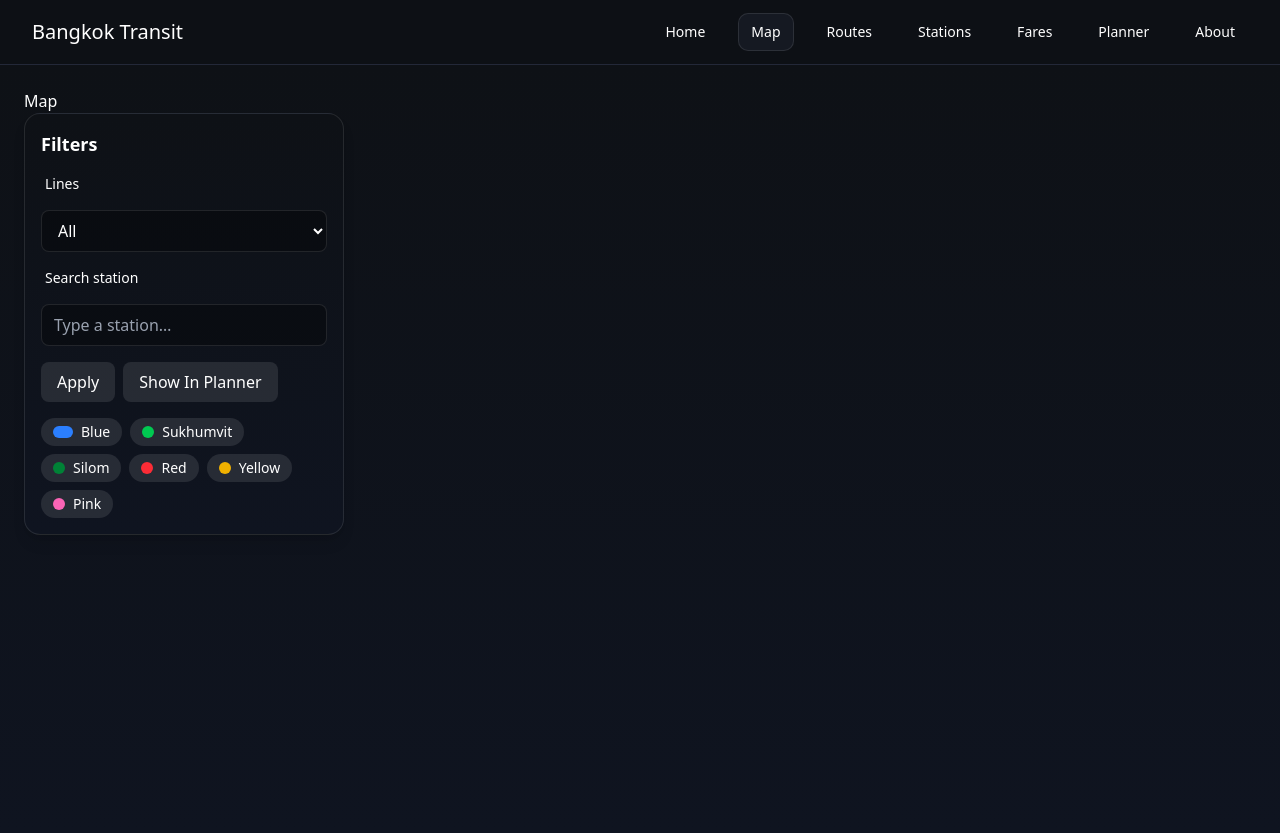
Repository: pyaestk/Bangkok-transit-map
Page: /map
An editor plug-in stored every save of this project. The page is shown before and after the next save, followed by the edit.
The browser window is 1280 px wide. The pictures show the whole page.
The project was rebuilt for these pictures with package versions that can differ from the ones it lists, and the page was loaded fresh each time. Also part of the build but not shown: vite.config.ts, src/pages/Home.tsx, src/pages/Planner.tsx, src/pages/Stations.tsx, src/pages/TrainRoutes.tsx, src/pages/Fares.tsx, src/pages/About.tsx.

Above is the page before, as saved 2025-10-04 10:05:47.

### index.html
<!doctype html>
<html lang="en">
  <head>
    <meta charset="UTF-8" />
    <link rel="icon" type="image/svg+xml" href="/vite.svg" />
    <meta name="viewport" content="width=device-width, initial-scale=1.0" />
    <title>bangkok-transit-map</title>
  </head>
  <body>
    <div id="root"></div>
    <script type="module" src="/src/main.tsx"></script>
  </body>
</html>

### src/main.tsx
import { StrictMode } from 'react'
import { createRoot } from 'react-dom/client'
import './index.css'
import App from './App.tsx'
import { BrowserRouter as Router } from 'react-router'

createRoot(document.getElementById('root')!).render(
  <StrictMode>
    <Router>
      <App />
    </Router>
  </StrictMode>,
)

### src/App.tsx
import "./App.css";
import NavBar from "./component/NavBar";
import { Routes, Route } from "react-router-dom";
import Home from "./pages/Home";
import Map from "./pages/Map";
import Planner from "./pages/Planner";
import Stations from "./pages/Stations";
import TrainRoutes from "./pages/TrainRoutes";
import Fares from "./pages/Fares";
import About from "./pages/About";


function App() {
  return (
    <div className="min-h-screen flex flex-col">
      {/* Navbar at the top */}
      <NavBar />

      {/* Main content area */}
      <main className="flex-1 p-6 bg-[linear-gradient(180deg,rgba(14,17,22,1)_0%,rgba(15,20,32,1)_100%)]">
        <Routes>
          <Route
            path="/"
            element={ <Home/> }
          />
          <Route
            path="/map"
            element={ <Map/> }
          />
          <Route
            path="/planner"
            element={ <Planner/>}
          />
          <Route
            path="/routes"
            element={<TrainRoutes/>}
          />
          <Route
            path="/stations"
            element={<Stations/>}
          />
          <Route
            path="/fares"
            element={<Fares/>}
          />
          <Route
            path="/about"
            element={<About/>}
          />
        </Routes>
      </main>
    </div>
  );
}

export default App;

### src/App.css
@import "tailwindcss";

:root {
  background: linear-gradient(180deg, rgba(14,17,22,1) 0%, rgba(15,20,32,1) 100%);
}

### src/component/NavBar.tsx
import { NavLink } from "react-router-dom";
import { useState } from "react";

function NavBar() {
  const [open, setOpen] = useState(false);

  const baseClasses =
    "px-3 py-2 text-sm border border-transparent block text-center";
  const inactiveClasses = "text-white transition-colors";
  const activeClasses = "bg-[#151922] border rounded-[10px] text-white border-white/10";

  const links = [
    { to: "/", label: "Home" },
    { to: "/map", label: "Map" },
    { to: "/routes", label: "Routes" },
    { to: "/stations", label: "Stations" },
    { to: "/fares", label: "Fares" },
    { to: "/planner", label: "Planner" },
    { to: "/about", label: "About" },
  ];

  return (
    <nav className="sticky top-0 z-50 bg-[#0e1116cc] border-b border-[#232838] backdrop-blur-[5px] backdrop-brightness-[100%] [-webkit-backdrop-filter:blur(5px)_brightness(100%)]">
      <div className="max-w-7xl mx-auto px-4 sm:px-6 lg:px-8">
        <div className="flex items-center justify-between h-16">
          {/* Left side (Logo / Brand) */}
          <div className="flex-shrink-0 text-white text-xl">
            Bangkok Transit
          </div>

          {/* Desktop links */}
          <div className="hidden md:flex space-x-5">
            {links.map((l) => (
              <NavLink
                key={l.to}
                to={l.to}
                className={({ isActive }) =>
                  `${baseClasses} ${isActive ? activeClasses : inactiveClasses}`
                }
              >
                {l.label}
              </NavLink>
            ))}
          </div>

          {/* Mobile hamburger button */}
          <div className="md:hidden">
            <button
              aria-label="Toggle menu"
              onClick={() => setOpen((s) => !s)}
              className="inline-flex items-center justify-center p-2 rounded-md text-white hover:bg-white/5 focus:outline-none focus:ring-2 focus:ring-white"
            >
              <span className="sr-only">Open main menu</span>
              {/* Hamburger / X icon */}
              <svg
                className={`h-6 w-6 ${open ? "hidden" : "block"}`}
                xmlns="http://www.w3.org/2000/svg"
                fill="none"
                viewBox="0 0 24 24"
                strokeWidth={2}
                stroke="currentColor"
                aria-hidden="true"
              >
                <path
                  strokeLinecap="round"
                  strokeLinejoin="round"
                  d="M3 6h18M3 12h18M3 18h18"
                />
              </svg>
              <svg
                className={`h-6 w-6 ${open ? "block" : "hidden"}`}
                xmlns="http://www.w3.org/2000/svg"
                fill="none"
                viewBox="0 0 24 24"
                strokeWidth={2}
                stroke="currentColor"
                aria-hidden="true"
              >
                <path
                  strokeLinecap="round"
                  strokeLinejoin="round"
                  d="M6 18L18 6M6 6l12 12"
                />
              </svg>
            </button>
          </div>
        </div>
      </div>

      {/* Mobile menu, shown when open is true */}
      <div className={`md:hidden ${open ? "block" : "hidden"} `}>
        <div className="px-2 pt-2 pb-3 space-y-1">
          {links.map((l) => (
            <NavLink
              key={l.to}
              to={l.to}
              onClick={() => setOpen(false)}
              className={({ isActive }) =>
                `${baseClasses} ${isActive ? activeClasses : inactiveClasses}`
              }
            >
              {l.label}
            </NavLink>
          ))}
        </div>
      </div>
    </nav>
  );
}

export default NavBar;

### src/pages/Map.tsx
import FiltersCard from "../component/FiltersCard";

export default function Map() {
  return (
    <div className="min-h-screen">
      <h1 className="text-white">Map</h1>
      <FiltersCard/>
    </div>
  )
}

### src/component/FiltersCard.tsx
export default function FiltersCard() {
  return (
    <div className="p-4 rounded-2xl bg-[linear-gradient(180deg,rgba(14,17,22,1)_0%,rgba(15,20,32,1)_100%)] border border-white/10 shadow-lg w-80 text-white">
      <h2 className="text-lg font-bold mb-4">Filters</h2>

      {/* Lines */}
      <label className="block text-sm my-4 mx-1">Lines</label>
      <select className="w-full px-3 py-2 rounded-lg bg-black/30 border border-white/10 focus:outline-none">
        <option>All</option>
        <option>Blue</option>
        <option>Red</option>
        <option>Yellow</option>
      </select>

      {/* Search station */}
      <label className="block text-sm my-4 mx-1">Search station</label>
      <input
        type="text"
        placeholder="Type a station…"
        className="w-full px-3 py-2 pr-8 rounded-lg bg-black/30 border border-white/10 placeholder-gray-400 focus:outline-none"
      />

      {/* Buttons */}
      <div className="flex space-x-2 mt-4">
        <button className="px-4 py-2 rounded-lg bg-white/10 hover:bg-white/20">Apply</button>
        <button className="px-4 py-2 rounded-lg bg-white/10 hover:bg-white/20">Show In Planner</button>
      </div>

      {/* Line Pills */}
      <div className="flex flex-wrap gap-2 mt-4 text-sm">
        <span className="flex items-center px-3 py-1 rounded-full bg-white/10">
          <span className="w-5 h-3 rounded-full bg-blue-500 mr-2"></span>
          Blue
        </span>
        <span className="flex items-center px-3 py-1 rounded-full bg-white/10">
          <span className="w-3 h-3 rounded-full bg-green-500 mr-2"></span>
          Sukhumvit
        </span>
        <span className="flex items-center px-3 py-1 rounded-full bg-white/10">
          <span className="w-3 h-3 rounded-full bg-green-700 mr-2"></span>
          Silom
        </span>
        <span className="flex items-center px-3 py-1 rounded-full bg-white/10">
            <span className="w-3 h-3 rounded-full bg-red-500 mr-2"></span> Red
        </span>
        <span className="flex items-center px-3 py-1 rounded-full bg-white/10">
            <span className="w-3 h-3 rounded-full bg-yellow-500 mr-2"></span> Yellow
        </span>
        <span className="flex items-center px-3 py-1 rounded-full bg-white/10">
            <span className="w-3 h-3 rounded-full bg-pink-400 mr-2"></span> Pink
        </span>
      </div>
    </div>
  )
}

Loaded but not shown: src/index.css (common file)

After the next save:
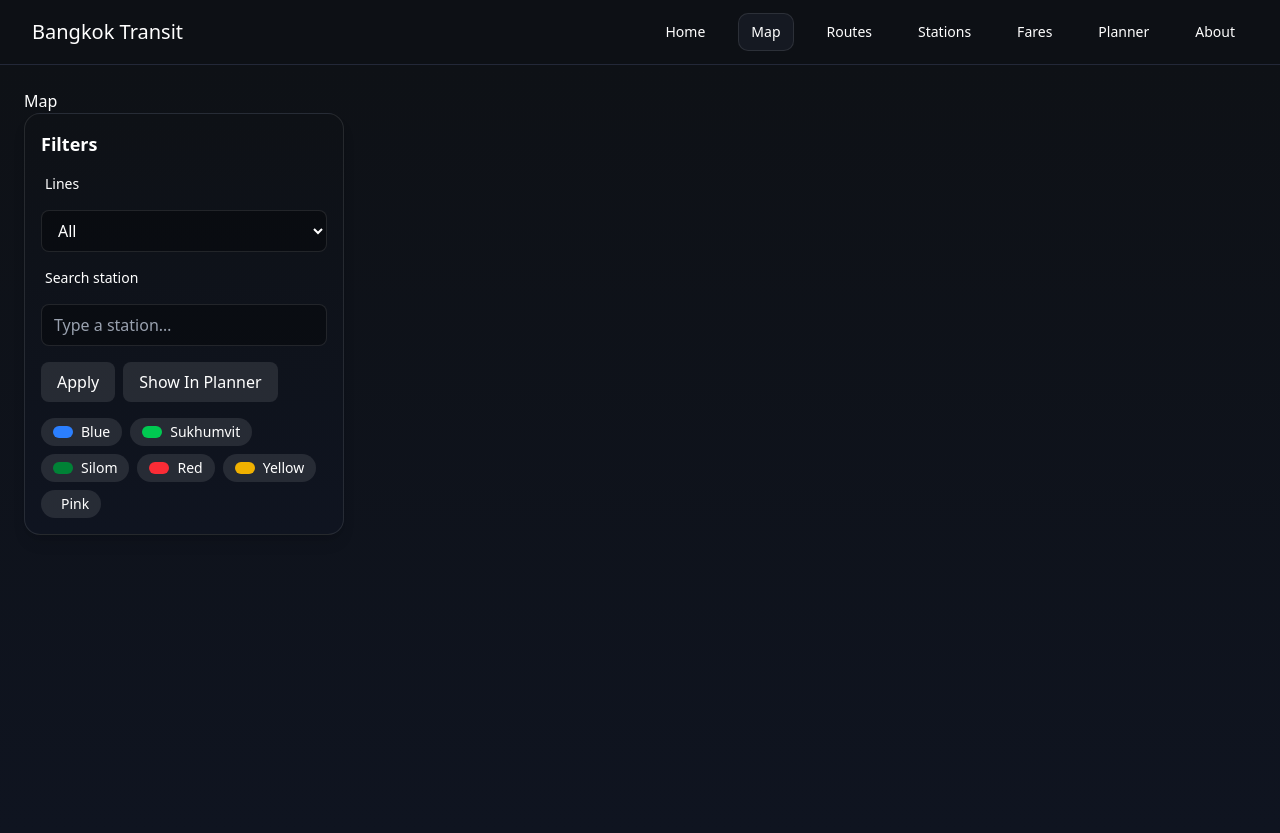
Saved 13 s later.
--- a/src/component/FiltersCard.tsx
+++ b/src/component/FiltersCard.tsx
@@ -33,21 +33,21 @@ export default function FiltersCard() {
           Blue
         </span>
         <span className="flex items-center px-3 py-1 rounded-full bg-white/10">
-          <span className="w-3 h-3 rounded-full bg-green-500 mr-2"></span>
+          <span className="w-5 h-3 rounded-full bg-green-500 mr-2"></span>
           Sukhumvit
         </span>
         <span className="flex items-center px-3 py-1 rounded-full bg-white/10">
-          <span className="w-3 h-3 rounded-full bg-green-700 mr-2"></span>
+          <span className="w-5 h-3 rounded-full bg-green-700 mr-2"></span>
           Silom
         </span>
         <span className="flex items-center px-3 py-1 rounded-full bg-white/10">
-            <span className="w-3 h-3 rounded-full bg-red-500 mr-2"></span> Red
+            <span className="w-5 h-3 rounded-full bg-red-500 mr-2"></span> Red
         </span>
         <span className="flex items-center px-3 py-1 rounded-full bg-white/10">
-            <span className="w-3 h-3 rounded-full bg-yellow-500 mr-2"></span> Yellow
+            <span className="w-5 h-3 rounded-full bg-yellow-500 mr-2"></span> Yellow
         </span>
         <span className="flex items-center px-3 py-1 rounded-full bg-white/10">
-            <span className="w-3 h-3 rounded-full bg-pink-400 mr-2"></span> Pink
+            <span className="w- h-3 rounded-full bg-pink-400 mr-2"></span> Pink
         </span>
       </div>
     </div>
